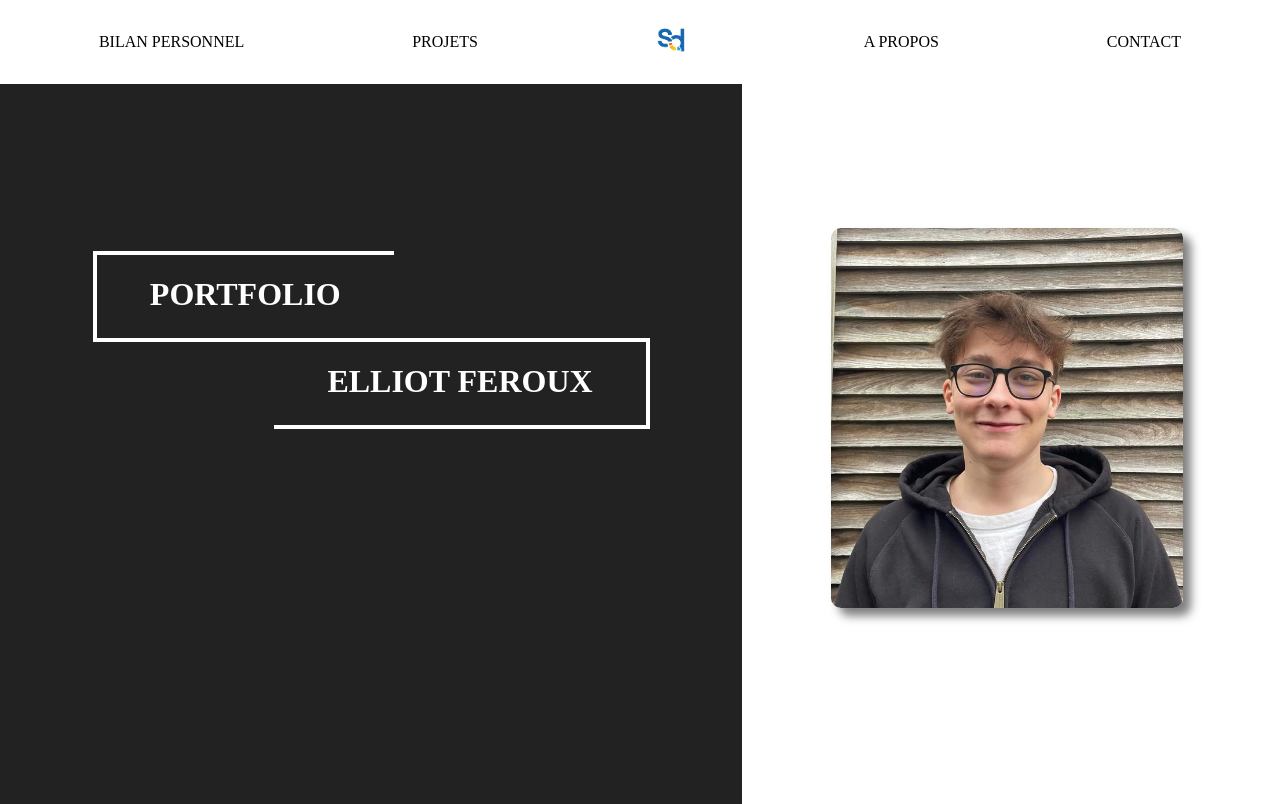
Repository: elliotfx/elliotfx.github.io
Page: html/main.html
These files come from the project's save history. The page is drawn as it stood at one moment and after the next save; the edit follows.
The browser window is 1280 px wide. The pictures show the whole page.

Above is the page before, as saved 2025-03-05 15:47:05.

After the next save:
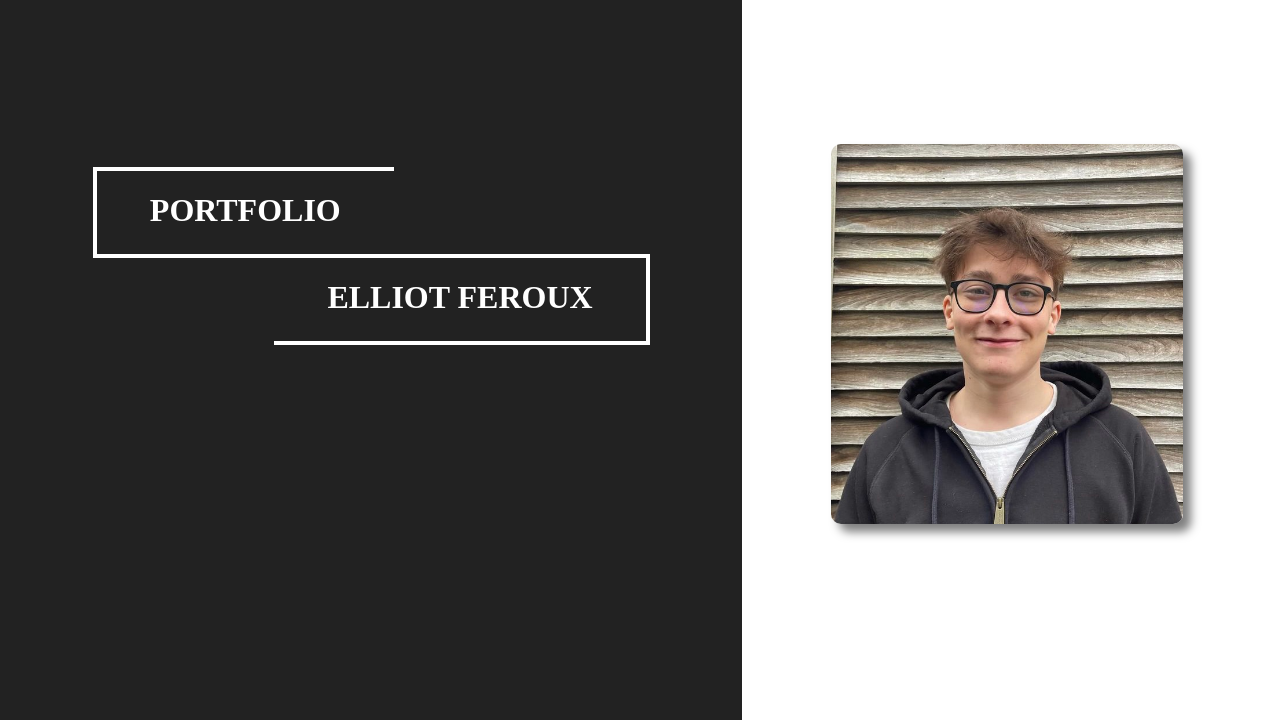
Saved 67 s later.
--- a/html/main.html
+++ b/html/main.html
@@ -16,62 +16,34 @@
 </head>
 
 <body>
-<header>
-    <div class="navbar" id="nav">
-        <div class="burger-container">
-            <i class="fa fa-bars iconeburger" aria-hidden="true"></i>
+
+    <div id="header-placeholder"></div>
+
+    <div class="container">
+        <div class="half black">
+            <div class="titles-container">
+                <div class="portfolio-container">
+                    <h1>PORTFOLIO</h1>
+                </div>
+                <div class="name-container">
+                    <h1>ELLIOT FEROUX</h1>
+                </div>
+            </div>
         </div>
-        <!-- Navbar réorganisée avec tous les éléments au même niveau -->
-        <ul class="navbar-menu">
-            <li class="link-nav-underline"><a href="bilan.html">BILAN PERSONNEL</a></li>
-            <li class="link-nav-underline-projet"><a href="projets.html">PROJETS</a></li>
-            <li class="logo">
-                <a href="https://iutp.univ-poitiers.fr/sd/" target="_blank">
-                    <img src="./../Images/SD.png" alt="Logo BUT Sciences des Données">
-                </a>
-            </li>
-            <li class="link-nav-underline"><a href="apropos.html">A PROPOS</a></li>
-            <li class="link-nav-underline"><a href="contact.html">CONTACT</a></li>
-        </ul>
-    </div>
-
-    <div id="burgerbar">
-        <a href="https://iutp.univ-poitiers.fr/sd/" target="_blank"><img src="./../Images/SD.png" alt="Logo BUT Sciences des Données" class="logo-burger"></a>
-        <i class="fa fa-times iconeburgerclose" aria-hidden="true"></i>
-        <ul class="burger-menu-list">
-            <li class="link-nav-underline"><a href="bilan.html">BILAN PERSONNEL</a></li><br>
-            <li class="link-nav-underline"><a href="projets1.html">PROJETS</a></li><br>
-            <li class="link-nav-underline"><a href="apropos.html">A PROPOS</a></li><br>
-            <li class="link-nav-underline"><a href="contact.html">CONTACT</a></li>
-        </ul>
-    </div>
-</header>
-
-<div class="container">
-    <div class="half black">
-        <div class="titles-container">
-            <div class="portfolio-container">
-                <h1>PORTFOLIO</h1>
-            </div>
-            <div class="name-container">
-                <h1>ELLIOT FEROUX</h1>
+        <div class="half white">
+            <div class="contenu">
+                <a href="apropos.html"><img src="./../Images/PHOTO.jpg" alt="Photo de Elliot FEROUX" class="photo"></a>
             </div>
         </div>
     </div>
-    <div class="half white">
-        <div class="contenu">
-            <a href="apropos.html"><img src="./../Images/PHOTO.jpg" alt="Photo de Elliot FEROUX" class="photo"></a>
+
+    <div class="bas">
+        <div class="containerphoto2">
+            <a href="apropos.html"><img src="./../Images/PHOTO.jpg" alt="Photo de Elliot FEROUX" class="photo2"></a>
         </div>
     </div>
-</div>
 
-<div class="bas">
-    <div class="containerphoto2">
-        <a href="apropos.html"><img src="./../Images/PHOTO.jpg" alt="Photo de Elliot FEROUX" class="photo2"></a>
-    </div>
-</div>
-
-<script src="./../js/script_projets.js"></script>
+    <script src="./../js/script_projets.js"></script>
 </body>
 
 </html>

After the save that followed:
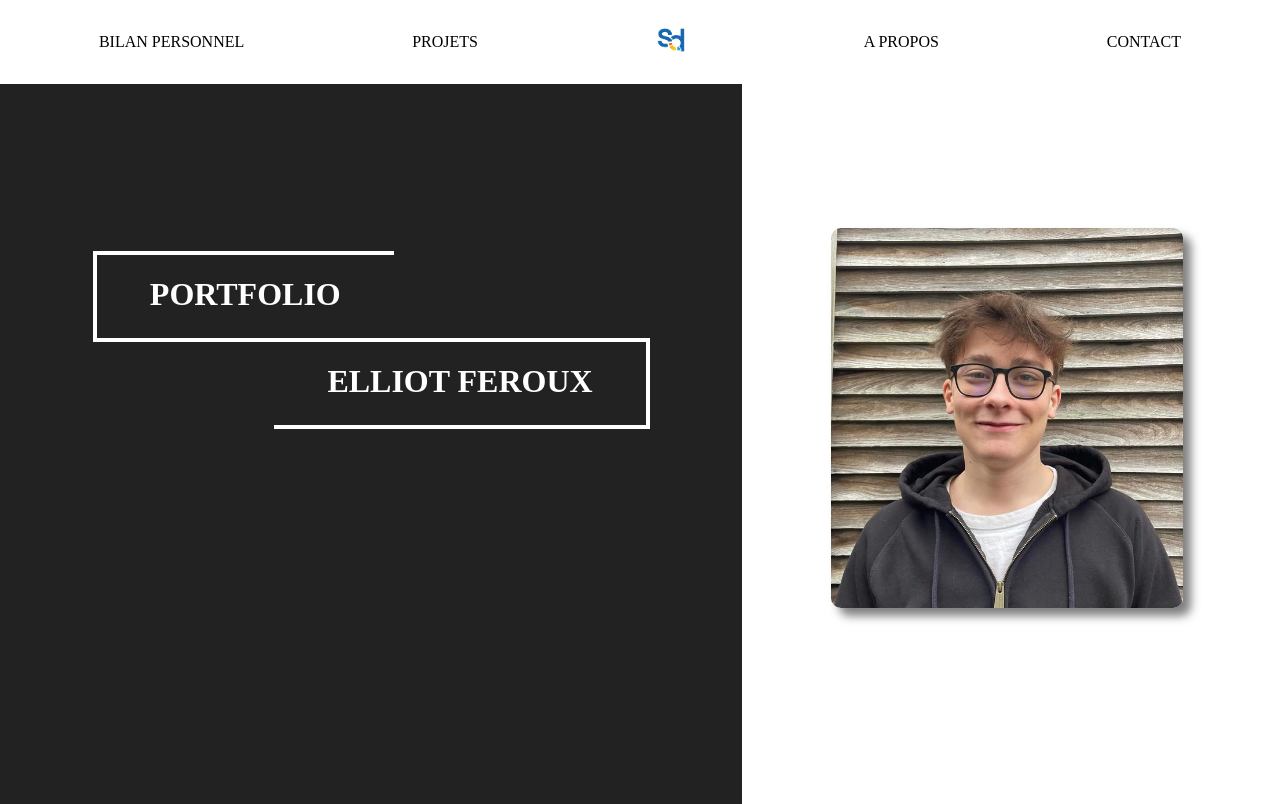
Saved 2 min 5 s later.
--- a/html/main.html
+++ b/html/main.html
@@ -44,6 +44,8 @@
     </div>
 
     <script src="./../js/script_projets.js"></script>
+    <script src="headerLoader.js"></script>
+
 </body>
 
 </html>
